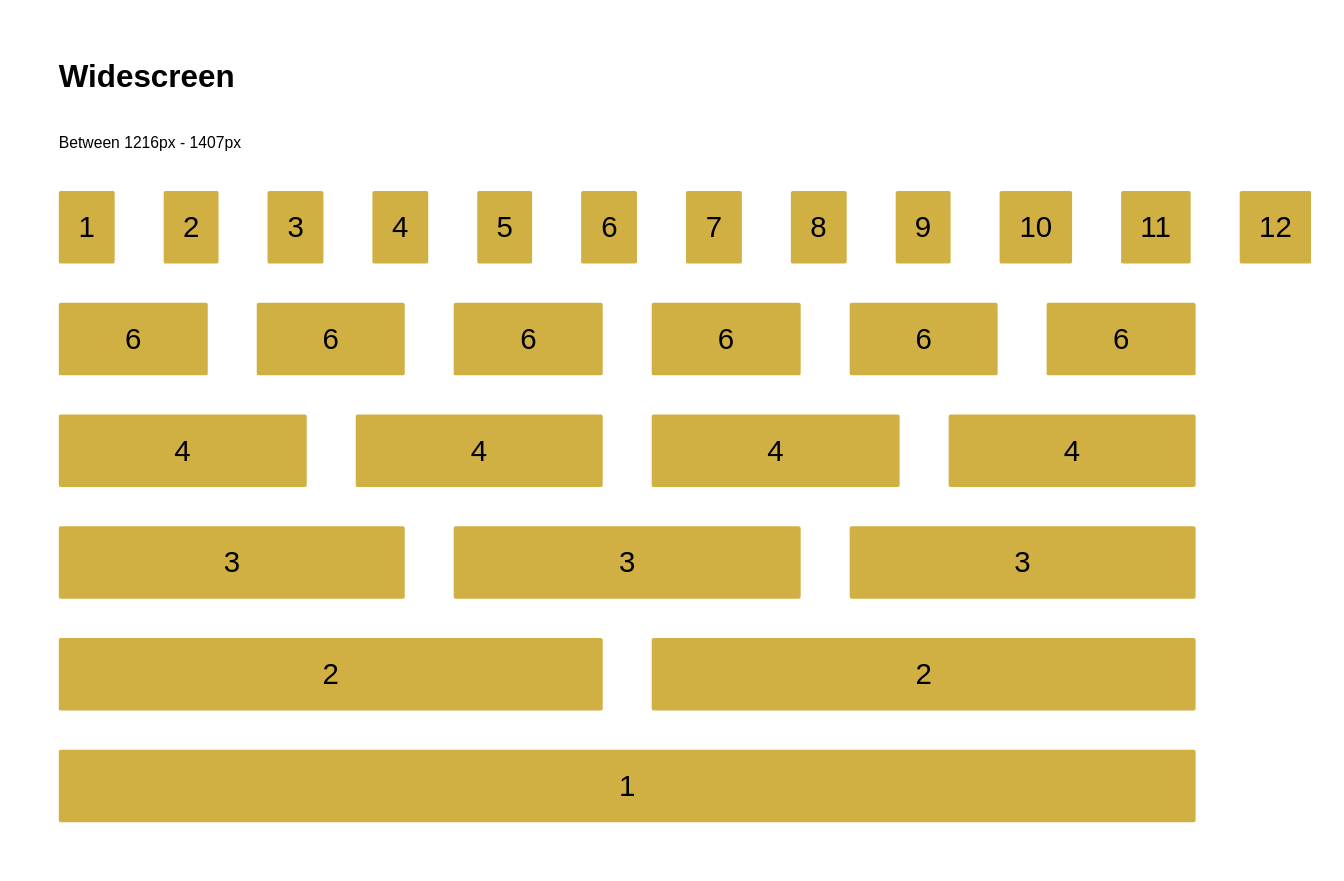
Repository: mfarhannr/MKK12_Farhan-Nurrahmat
Page: Tugas-1-Grid-CSS/index.html
An editor plug-in stored every save of this project. The page is shown before and after a run of saves, followed by the edit.
The browser window is 1280 px wide. The page is 1338 px wide, then 1371 px, so the pictures cover 1371 px, including what lies to the right of the window. The pictures show the whole page, at 98% of full size.

Above is the page before, as saved 2023-11-03 13:22:15.

### Tugas-1-Grid-CSS/index.html
<!DOCTYPE html>
<html lang="en">

<head>
    <meta charset="UTF-8">
    <meta name="viewport" content="width=device-width, initial-scale=1.0">
    <link rel="stylesheet" href="style.css">
    <title>Document</title>
</head>

<body>
    <h1>Widescreen</h1>
    <p>Between 1216px - 1407px</p>

    <div class="row-1">
        <div class="col-1">1</div>
        <div class="col-1">2</div>
        <div class="col-1">3</div>
        <div class="col-1">4</div>
        <div class="col-1">5</div>
        <div class="col-1">6</div>
        <div class="col-1">7</div>
        <div class="col-1">8</div>
        <div class="col-1">9</div>
        <div class="col-1">10</div>
        <div class="col-1">11</div>
        <div class="col-1">12</div>
    </div>

    <div class="row-2">
        <div class="col-2">6</div>
        <div class="col-2">6</div>
        <div class="col-2">6</div>
        <div class="col-2">6</div>
        <div class="col-2">6</div>
        <div class="col-2">6</div>

    </div>
    <div class="row-3">
        <div class="col-3">4</div>
        <div class="col-3">4</div>
        <div class="col-3">4</div>
        <div class="col-3">4</div>

    </div>
    <div class="row-4">
        <div class="col-4">3</div>
        <div class="col-4">3</div>
        <div class="col-4">3</div>


    </div>
    <div class="row-5">
        <div class="col-5">2</div>
        <div class="col-5">2</div>

    </div>
    <div class="row-6">
        <div class="col-6">1</div>

    </div>
</body>

</html>
<style>

</style>

### Tugas-1-Grid-CSS/style.css
* {
    margin: 0;
    padding: 20px;
    box-sizing: border-box;
    font-family: Arial, Helvetica, sans-serif;


}

.row-1{
    display: grid;
    gap: 50px;
    grid-template-columns: auto auto auto auto auto auto auto auto auto auto auto auto;}

.col-1 {
    background-color: rgba(197, 156, 20, 0.8);
    padding: 20px;
    font-size: 30px;
    text-align: center;
    border-radius: 2px;
}

.row-2 {
    display: grid;
    gap: 50px;
    grid-template-columns: auto auto auto auto auto auto;
}

.col-2 {
    background-color: rgba(197, 156, 20, 0.8);
    padding: 20px;
    font-size: 30px;
    text-align: center;
    border-radius: 2px;

}

.row-3 {
    display: grid;
    gap: 50px;
    grid-template-columns: auto auto auto auto;
}

.col-3 {
    background-color: rgba(197, 156, 20, 0.8);
    padding: 20px;
    font-size: 30px;
    text-align: center;
    border-radius: 2px;

}

.row-4 {
    display: grid;
    gap: 50px;
    grid-template-columns: auto auto auto;
}

.col-4 {
    background-color: rgba(197, 156, 20, 0.8);
    padding: 20px;
    font-size: 30px;
    text-align: center;
    border-radius: 2px;

}

.row-5 {
    display: grid;
    gap: 50px;
    grid-template-columns: auto auto;
}

.col-5 {
    background-color: rgba(197, 156, 20, 0.8);
    padding: 20px;
    font-size: 30px;
    text-align: center;
    border-radius: 2px;

}
.row-6 {
    display: grid;
    gap: 50px;
    grid-template-columns: auto ;
}

.col-6 {
    background-color: rgba(197, 156, 20, 0.8);
    padding: 20px;
    font-size: 30px;
    text-align: center;
    border-radius: 2px;

}

After the next 2 saves:
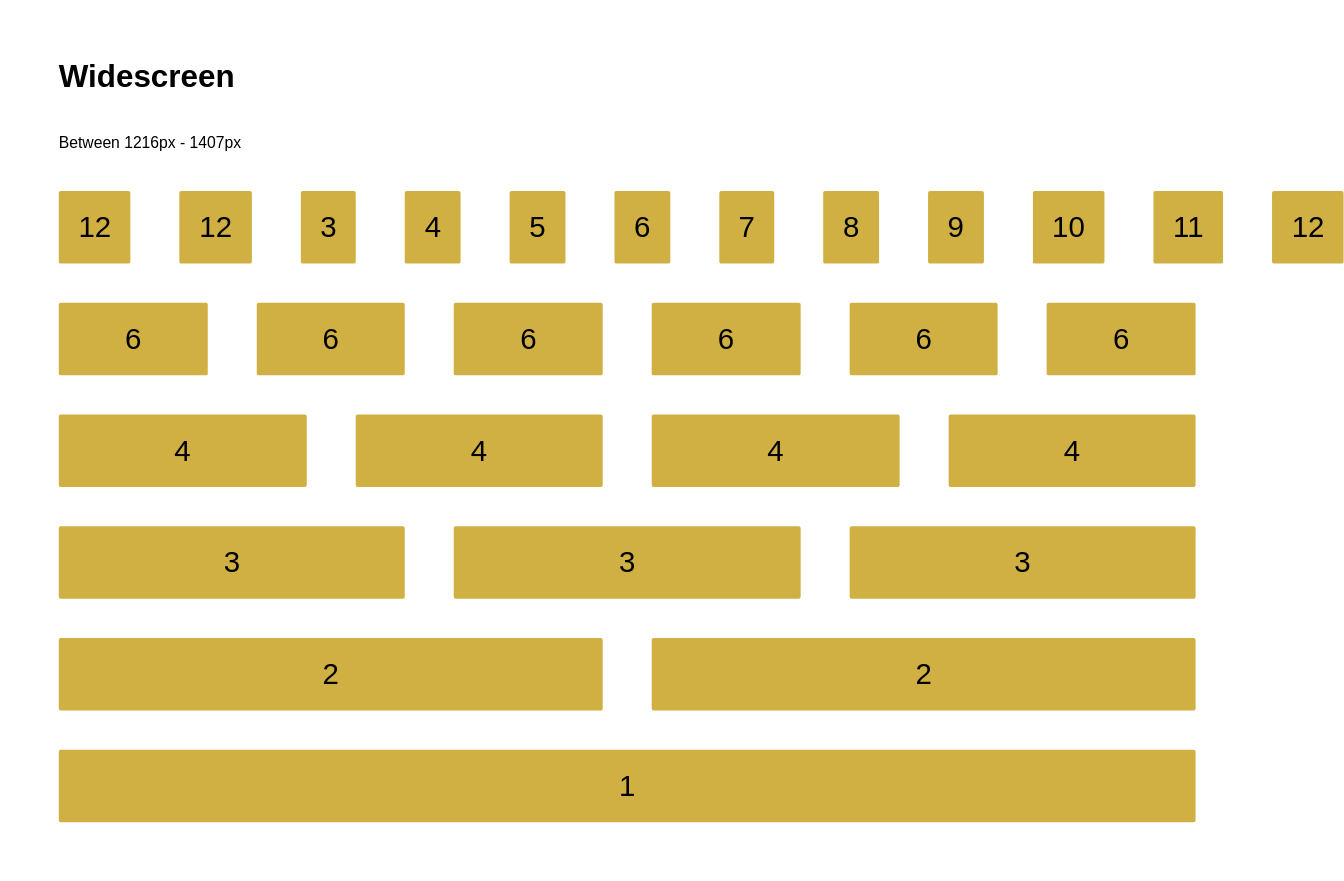
The 2 saves are shown as one change because they came seconds apart.
The last was saved 96 s later.
--- a/Tugas-1-Grid-CSS/index.html
+++ b/Tugas-1-Grid-CSS/index.html
@@ -13,8 +13,8 @@
     <p>Between 1216px - 1407px</p>
 
     <div class="row-1">
-        <div class="col-1">1</div>
-        <div class="col-1">2</div>
+        <div class="col-1">12</div>
+        <div class="col-1">12</div>
         <div class="col-1">3</div>
         <div class="col-1">4</div>
         <div class="col-1">5</div>
